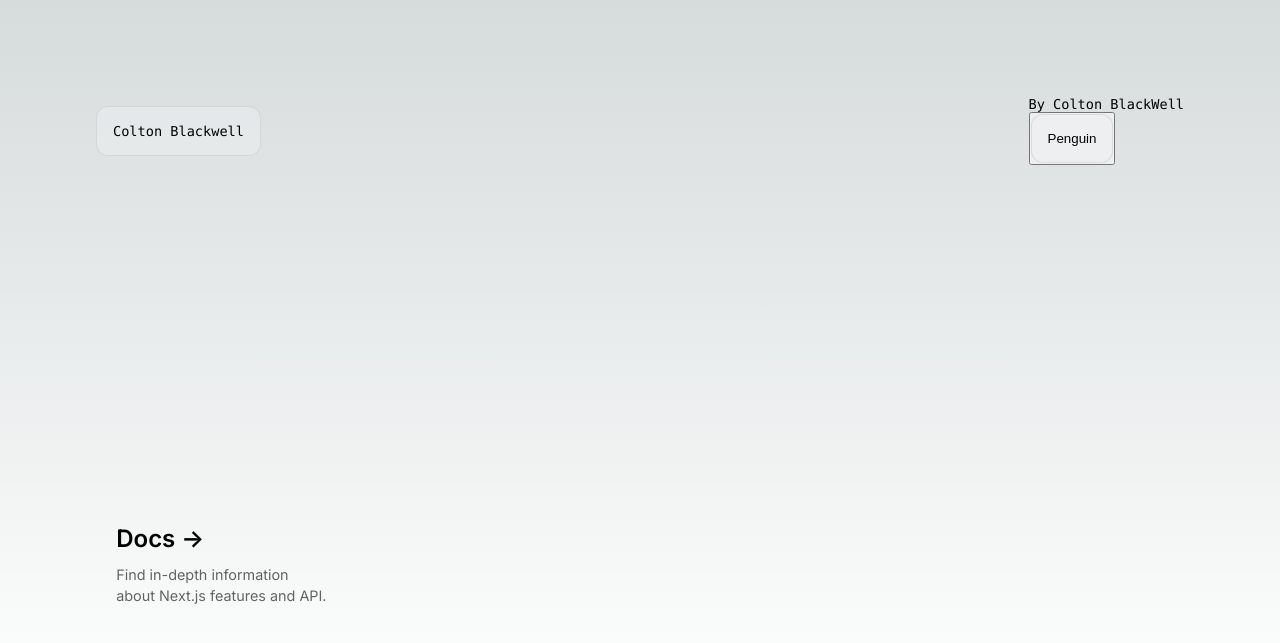
Repository: coltonBlackwell/Music_Quiz
Page: /
The author's editor kept a copy of each file at every save. The page is drawn from the files as they stood at one save, then again after the next save.
The browser window is 1280 px wide. The pictures show the whole page.
The project was rebuilt for these pictures with package versions that can differ from the ones it lists, and the page was loaded fresh each time. The framework's server and built-in components were replaced by stand-ins that run in the browser. Also part of the build but not shown: next.config.mjs.

Above is the page before, as saved 2024-06-30 14:17:17.

After the next save:
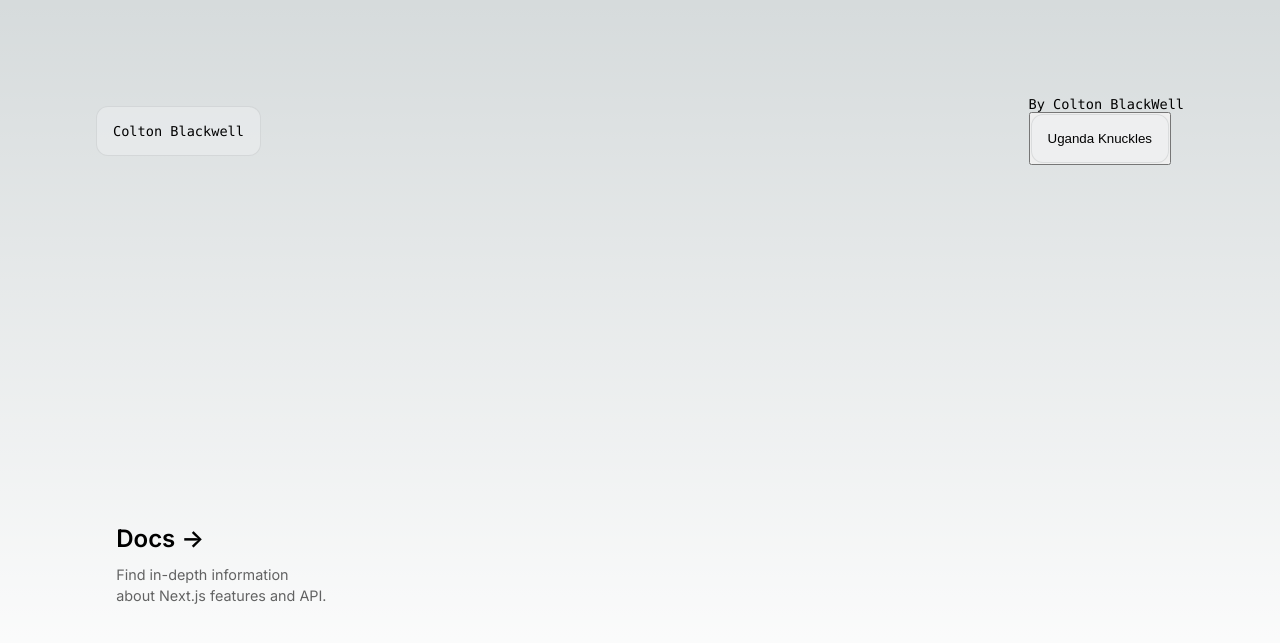
Saved 83 s later.
--- a/components/atoms/retake_Button.tsx
+++ b/components/atoms/retake_Button.tsx
@@ -1,7 +1,7 @@
 export default function Retake_Button(){
     return(
         <button>
-            <p>Penguin</p>
+            <p>Uganda Knuckles</p>
         </button>
     );
 }
